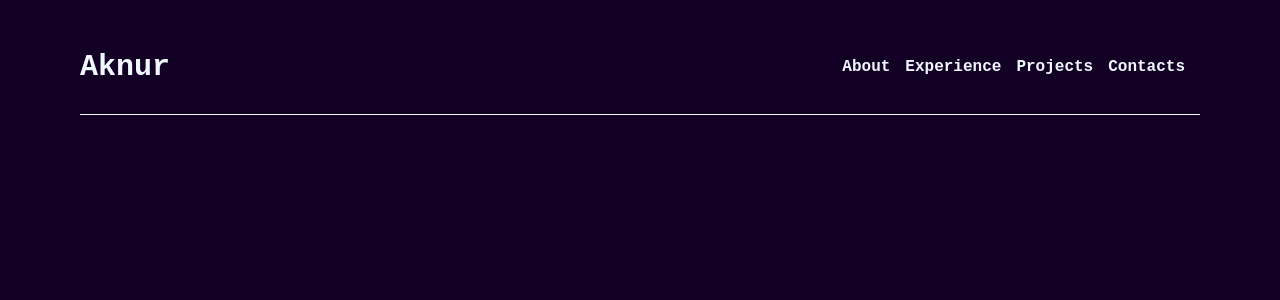
Repository: aknurkappar/nfactorial-portfolio-app-03-03-2022
Page: /
The author's editor kept a copy of each file at every save. The page is drawn from the files as they stood at one save, then again after a run of saves.
The browser window is 1280 px wide. The pictures show the whole page.
The project was rebuilt for these pictures with package versions that can differ from the ones it lists, and the page was loaded fresh each time. Also part of the build but not shown: src/App.css.

Above is the page before, as saved 2023-03-03 20:56:46.

After the next 4 saves:
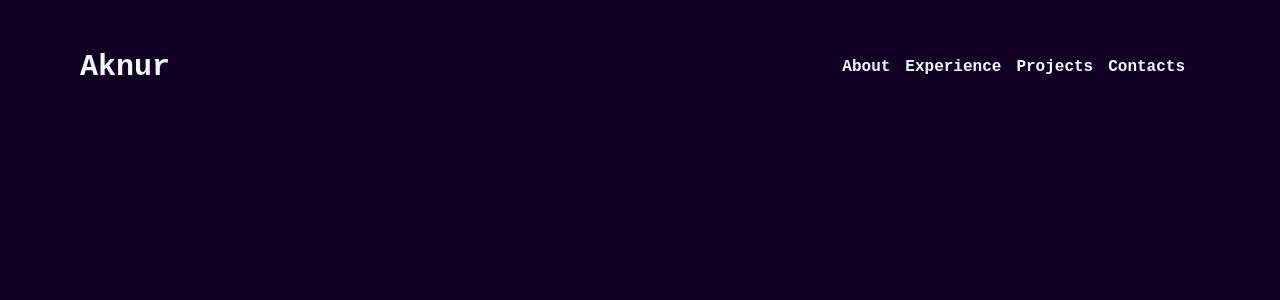
The 4 saves are shown as one change because they came seconds apart.
The last was saved 23 s later.
--- a/src/components/Header/index.js
+++ b/src/components/Header/index.js
@@ -18,16 +18,13 @@ import "./index.css"
 
  export const Header = () => {
     return (
-        <div>
-            <div className="header">
+        <div className="header">
                 <p>Aknur</p>
                 <ul className="menu-items">{
                     menues.map(menu => (
                         <li>{menu.name}</li>
                     ))
                 }</ul>
-            </div>
-            <div className="line"></div>
 
         </div>
     )

After the save that followed:
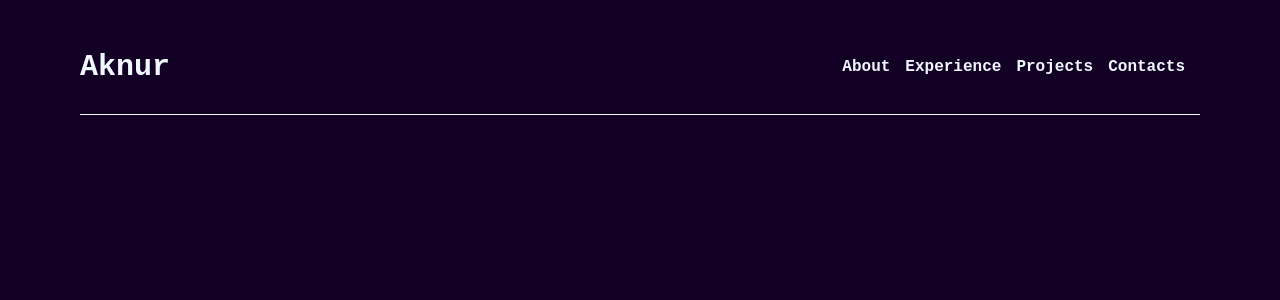
Saved 3 s later.
--- a/src/App.js
+++ b/src/App.js
@@ -5,6 +5,7 @@ function App() {
   return (
     <>
     <Header />
+    <div className="line"></div>
     </>
 
   );
